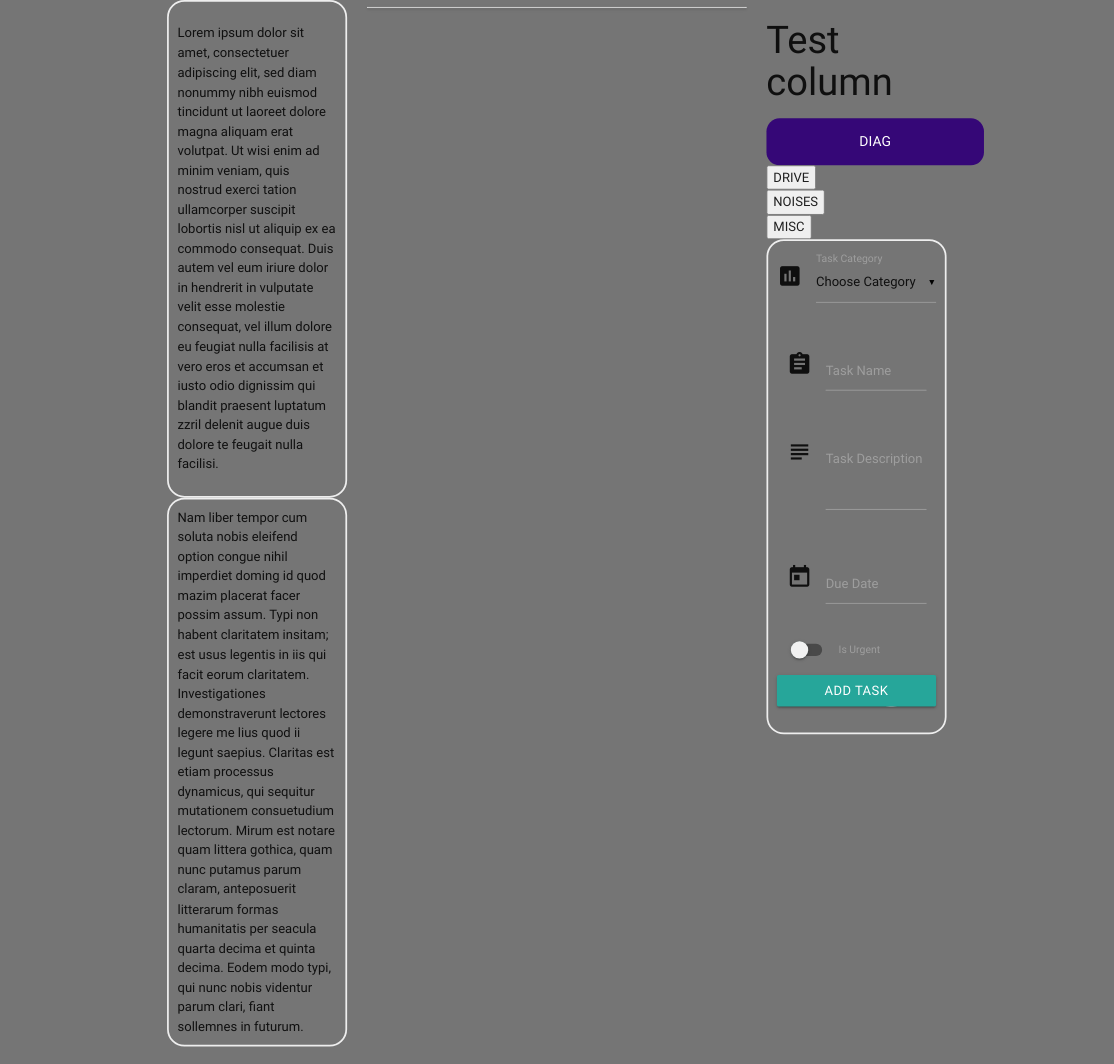
Repository: teetsjeremy/dcProject
Page: http://localhost/
The author's editor kept a record of every edit. The page is drawn from the files as they stood at one moment, then again after the next edit.
The browser window is 1280 px wide. The pictures show the whole page, at 87% of full size.
Some web libraries are served in a nearby version. The page is served by the project's application, run on Flask 3 (app.py). Queries for data that is not in the repository find no rows.

Above is the page before.

### templates/main.html
{% extends 'base.html' %}
{% block content %}

<div class="row">
    <div class="col s3">
        <div class="left">
            <p>Lorem ipsum dolor sit amet, consectetuer adipiscing elit,
            sed diam nonummy nibh euismod tincidunt ut laoreet dolore
            magna aliquam erat volutpat. Ut wisi enim ad minim veniam,
            quis nostrud exerci tation ullamcorper suscipit lobortis nisl
            ut aliquip ex ea commodo consequat. Duis autem vel eum iriure
            dolor in hendrerit in vulputate velit esse molestie consequat,
            vel illum dolore eu feugiat nulla facilisis at vero eros et
            accumsan et iusto odio dignissim qui blandit praesent luptatum
            zzril delenit augue duis dolore te feugait nulla facilisi.
            </p>
        </div>
        <div class="left">
            Nam liber tempor cum soluta nobis eleifend option congue
            nihil imperdiet doming id quod mazim placerat facer possim
            assum. Typi non habent claritatem insitam; est usus legentis
            in iis qui facit eorum claritatem. Investigationes
            demonstraverunt lectores legere me lius quod ii legunt saepius.
            Claritas est etiam processus dynamicus, qui sequitur mutationem
            consuetudium lectorum. Mirum est notare quam littera gothica,
            quam nunc putamus parum claram, anteposuerit litterarum formas
            humanitatis per seacula quarta decima et quinta decima. Eodem
            modo typi, qui nunc nobis videntur parum clari, fiant sollemnes
            in futurum.
        </div>
    </div>
    <div class="col s6 middle">
        <ul class="collapsible" data-collapsible="accordion">
            {% for task in tasks %}
                <li>
                        <div class="collapsible-header">
                            <div class="col s3">
                            <i class="material-icons">expand_more</i>
                            </div>
                            <div class="col s9">
                                <strong>{{task.title}}</strong>
                            </div>
                        </div>
                        <div class="collapsible-body">

                            <span>
                                {{task.desc_of_problem}}
                            </span>

                            <div>
                                <a href="{{url_for('get_tasks', task_id=task._id)}}" class="waves-effect waves-light btn btn_small">Done</a>
                                <a href="{{url_for('edit_task', task_id=task._id)}}" class="waves-effect waves-light btn btn_small blue">Edit</a>
                            </div>

                        </div>
                    </li>
            {% endfor %}
        </ul>
    </div>
    <div class="col s3">
        <h3>Test column</h3>
        <div>
            <button class="diag">DIAG</button>
        </div>
        <div>
            <button class="drive">DRIVE</button>
        </div>
        <div>
            <button class="noises">NOISES</button>
        </div>
        <div>
            <button class="misc">MISC</button>
        </div>
        <div class="right">
            <form action="{{ url_for('insert_task') }}" method="POST"  class="col s12">
                <div class="row">
                    <div class="row">
                        <div class="input-field col s12">
                            <i class="material-icons prefix">poll</i>
                            <select id="category" name="category_name">
                        <option value="" disabled selected>Choose Category</option>
                        {% for cat in categories %}
                            <option value="{{cat.category_name}}">{{cat.category_name}}</option>
                        {% endfor %}
                        </select>
                        <label>Task Category</label>
                        </div>
                    </div>
                    <div class="input-field col s12">
                        <i class="material-icons prefix">assignment</i>
                        <input id="task_name" name="task_name" type="text">
                        <label for="icon_prefix">Task Name</label>
                    </div>
                </div>
                <div class="row">
                    <div class="input-field col s12">
                        <i class="material-icons prefix">subject</i>
                        <textarea name="task_description" id="task_description" class="materialize-textarea"></textarea>
                        <label for="icon_telephone">Task Description</label>
                    </div>
                </div>
                <div class="row">
                    <div id="matfix" class="input-field col s12">
                        <i class="material-icons prefix">today</i>
                        <input id="due_date" name="due_date" type="text" class="datepicker">
                        <label for="icon_prefix">Due Date</label>
                    </div>
                </div>
                <div class="row">
                    <div class="switch">
                        <label>
                          <input id="is_urgent" name="is_urgent" type="checkbox">
                          <span class="lever"></span>
                          Is Urgent
                        </label>
                    </div>
                </div>
                <div class="row">
                    <button class="btn waves-effect waves-light" type="submit" name="action">Add Task
                        <i class="material-icons right">playlist_add</i>
                     </button>
                </div>
            </form>
        </div>
    </div>

</div>

{% endblock %}

### templates/base.html
<!DOCTYPE html>
<html lang="en">
<head>
    <meta charset="UTF-8">
    <meta name="viewport" content="width=device-width, initial-scale=1.0">
    <meta http-equiv="X-UA-Compatible" content="ie=edge">
    <title>dc-Project</title>

        <link href="https://fonts.googleapis.com/icon?family=Material+Icons" rel="stylesheet">
        <link rel="stylesheet" href="https://cdnjs.cloudflare.com/ajax/libs/materialize/0.100.2/css/materialize.min.css">
        <link rel="stylesheet" href="{{url_for('static', filename='css/style.css')}}" type="text/css" />

</head>
<body>

    <div class="container">
        {% block content %} {% endblock %}
    </div>

    <script src="https://cdnjs.cloudflare.com/ajax/libs/jquery/3.2.1/jquery.min.js"></script>
    <script src="https://cdnjs.cloudflare.com/ajax/libs/materialize/0.100.2/js/materialize.min.js"></script>
    <script type="text/javascript">
        $(document).ready(function() {
            $('.collapsible').collapsible();
            $('select').material_select();
        });

        document.getElementById("matfix").addEventListener("click", function(e) {e.stopPropagation(); });

        </script>
</body>
</html>

### app.py
import os
from flask import Flask, render_template, redirect, request, url_for
from flask_pymongo import PyMongo
from bson.objectid import ObjectId

app = Flask(__name__)

app.config["MONGO_DBNAME"] = 'dcProject'
app.config["MONGO_URI"] = 'mongodb+srv://Teets:Lexi1013@myfirstcluster-oq2u3.mongodb.net/dcProject?retryWrites=true&w=majority'

mongo = PyMongo(app)


@app.route('/')
@app.route('/get_tasks')
def get_tasks():
    return render_template("main.html", tasks=mongo.db.E9Xissues.find())

@app.route('/diagnostic')
def diagnostic():
    return render_template("main.html", tasks=mongo.db.E9Xissues.find(diagnostic))

@app.route('/tab')
def tab():
    return render_template("tab.html")

@app.route('/contact')
def contact():
    return render_template("contact.html")

@app.route('/shop')
def shop():
    return render_template("shop.html")

@app.route('/add_task')
def add_task():
    return render_template("addtask.html")

@app.route('/insert_task', methods=['POST'])
def insert_task():
    tasks =  mongo.db.E9Xissues
    tasks.insert_one(request.form.to_dict())
    return redirect(url_for('get_tasks'))

@app.route('/edit_task/<task_id>')
def edit_task(task_id):
    the_task =  mongo.db.E9Xissues.find_one({".topic": ObjectId(task_id)})
    all_categories =  mongo.db.E9Xissues.find()
    return render_template('edit.html', task=the_task, categories=all_categories)

@app.route('/update_task/<task_id>', methods=["POST"])
def update_task(task_id):

    tasks = mongo.db.E9Xissues
    tasks.update( {'topic': ObjectId(task_id)},
        {
            'topic':request.form.get('topic'),
            'title':request.form.get('title'),
            'desc_of_problem': request.form.get('desc_of_problem'),
            'work_performed': request.form.get('work_performed'),
            'fixed':request.form.get('fixed'),
            'need.help':request.form.get('need.help')
        })
    return redirect(url_for('get_tasks'))

@app.route('/delete_task/<task_id>')
def delete_task(task_id):
    mongo.db. E9Xissues.remove({"_id": ObjectId(task_id)})
    return redirect(url_for('get_tasks'))

if __name__ == '__main__':
    app.run(host=os.environ.get('IP'),
            port=int(os.environ.get('PORT')),
            debug=True)

### static/css/style.css
body{
    background-color: #757575;
}

.left{
    -moz-box-sizing: border-box;
    -webkit-box-sizing: border-box;
    box-sizing: border-box;
    width: auto;
    height: auto;
    padding: 10px;
    border: 2px solid #eee;
    border-radius: 20px;
    position:static;
}

.right{
    -moz-box-sizing: border-box;
    -webkit-box-sizing: border-box;
    box-sizing: border-box;
    width: auto;
    height: auto;
    padding: 10px;
    border: 2px solid #eee;
    border-radius: 20px;
    position:static;
}

.diag{
    background-color: #350777;
    border: none;
    color: white;
    padding: 15px 25px;
    text-align: center;
    font-size: 16px;
    cursor: pointer;
    width:250px;
    border-radius: 15px;
}

.drive{

}

.noises{

}

.misc{

}

After the next edit:
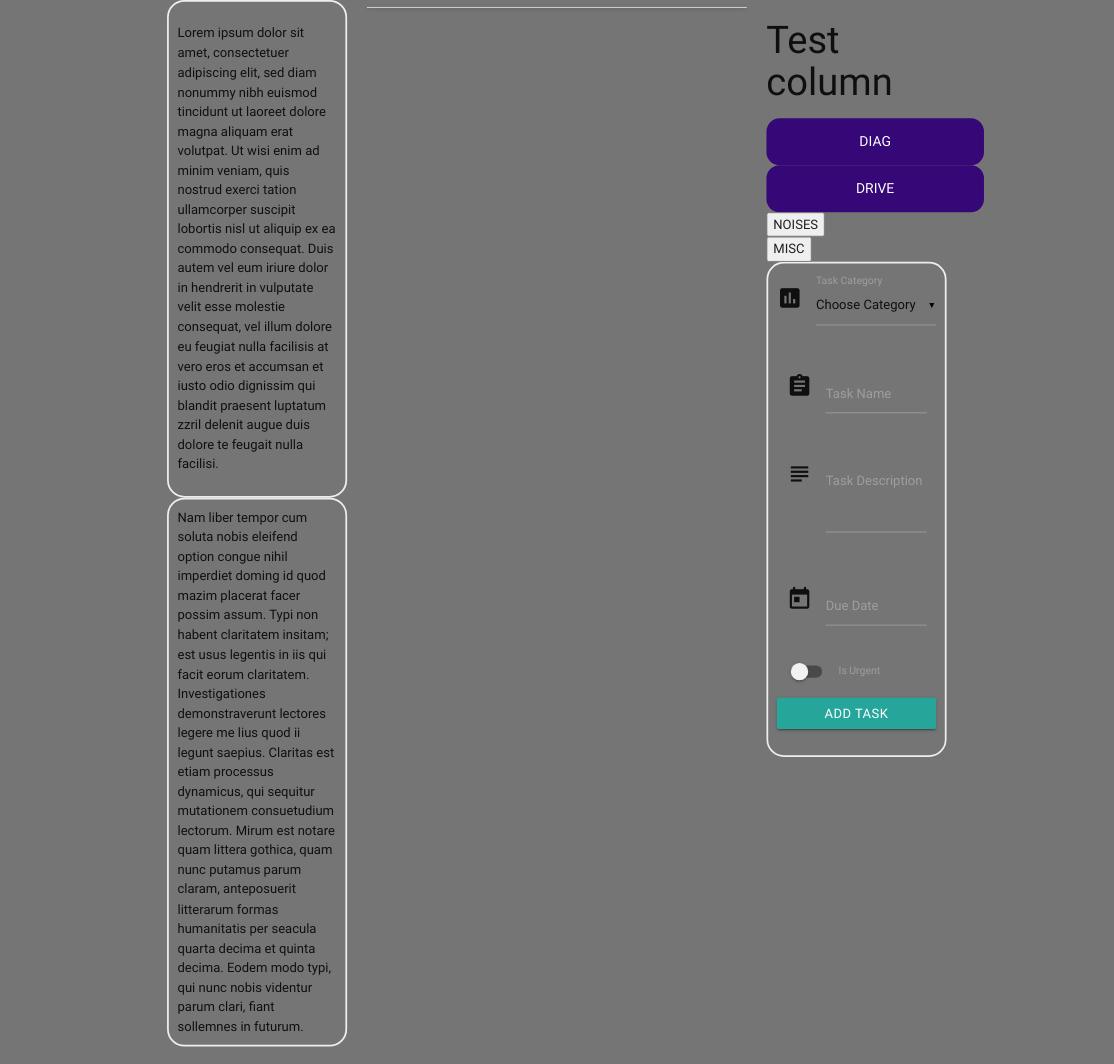
The edit:
--- a/static/css/style.css
+++ b/static/css/style.css
@@ -39,7 +39,15 @@
 }
 
 .drive{
-
+  background-color: #350777;
+  border: none;
+  color: white;
+  padding: 15px 25px;
+  text-align: center;
+  font-size: 16px;
+  cursor: pointer;
+  width:250px;
+  border-radius: 15px;
 }
 
 .noises{
